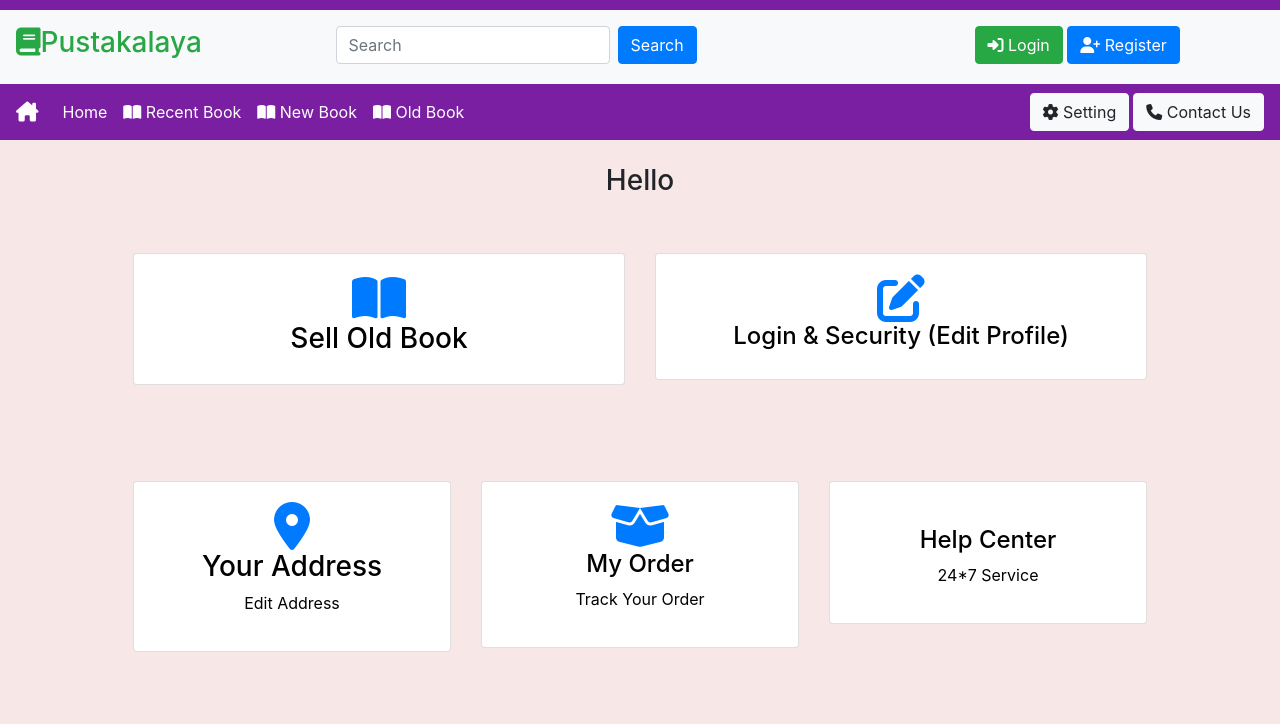
Repository: kalaprabhakar/Pustakalay_Web_Application
Page: http://localhost/E_Book_Management/setting.jsp
The author's editor kept a copy of each file at every save. The page is drawn from the files as they stood at one save, then again after the next save.
The browser window is 1280 px wide. The pictures show the whole page.
Some web libraries are served in a nearby version. The page is served by Tomcat 10.

Above is the page before, as saved 2024-02-28 13:52:50.

After the next save:
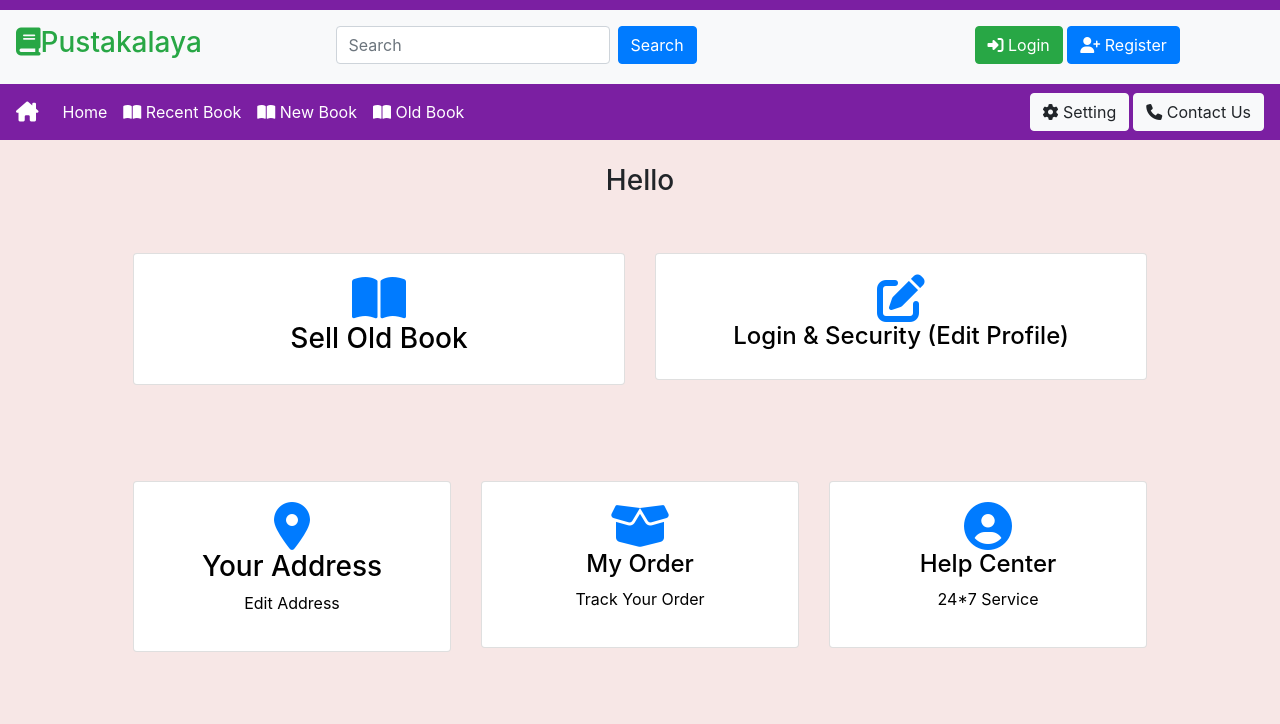
Saved 4 min 32 s later.
--- a/E_Book_Management/src/main/webapp/setting.jsp
+++ b/E_Book_Management/src/main/webapp/setting.jsp
@@ -97,7 +97,7 @@ a:hover {
 				<a href="#">
 					<div class="card">
 						<div class="card-body text-center">
-							<div class="text-primary"><i class="fa-regular fa-user-headset fa-3x"></i></div>
+							<div class="text-primary"><i class="fas fa-user-circle fa-3x"></i></div>
 							<h4>Help Center</h4>
 							<p>24*7 Service</p>
 						</div>
